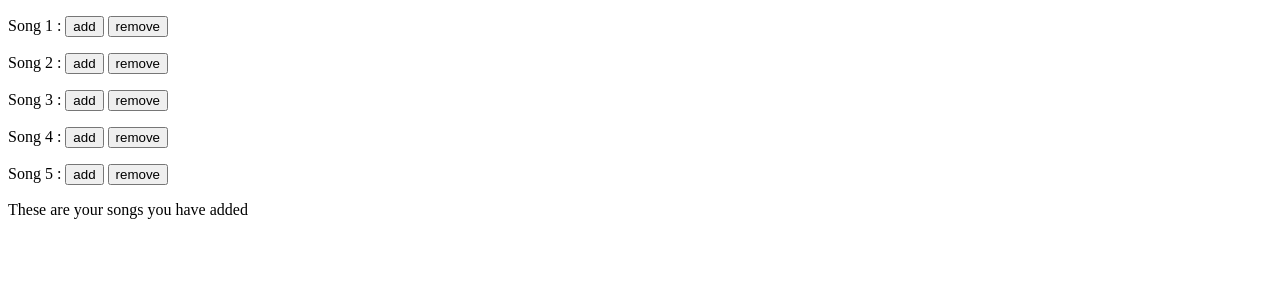
Repository: Kushal18/referesher_assignment1
Page: Html5/WebContent/localStorage.html
These files come from the project's save history. The page is drawn as it stood at one moment and after the next save; the edit follows.
The browser window is 1280 px wide. The pictures show the whole page.

Above is the page before, as saved 2016-09-17 11:08:25.

### Html5/WebContent/localStorage.html
<!DOCTYPE html>
<html>
<title>
My Music Play List
</title>
<body>
<p>Song 1 :  <input type = "button" value="add" onclick="add()" >
<input type = "button" value="remove" onclick="remove()" ></p>
<p>Song 2 :  <input type = "button" value="add" >
<input type = "button" value="remove" ></p>
<p>Song 3 : <input type = "button" value="add" >
<input type = "button" value="remove" ></p>
<p>Song 4 : <input type = "button" value="add" >
<input type = "button" value="remove" ></p>
<p>Song 5 :  <input type = "button" value="add" >
<input type = "button" value="remove" ></p>
<p>These are your songs you have added</p>
<p id = 'demo'></p>
<Script>



</Script>


</body>
</html>

After the next save:
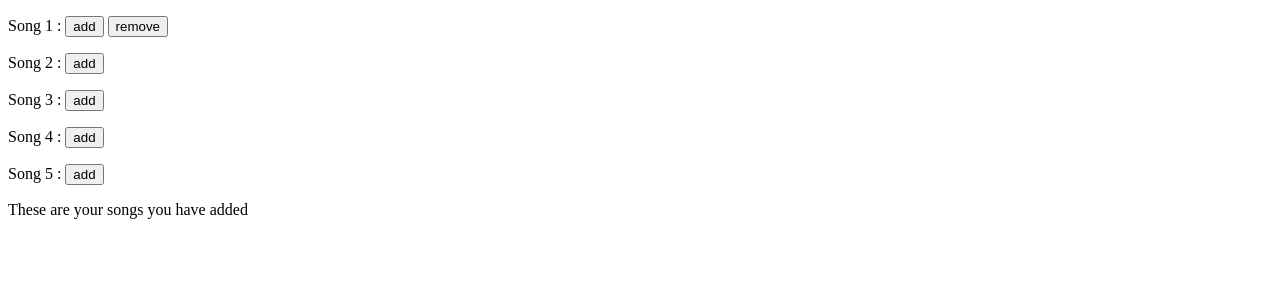
Console error (its wording comes from the project's code and is left out).
Saved 19 s later.
--- a/Html5/WebContent/localStorage.html
+++ b/Html5/WebContent/localStorage.html
@@ -6,13 +6,13 @@
 <body>
 <p>Song 1 :  <input type = "button" value="add" onclick="add()" >
 <input type = "button" value="remove" onclick="remove()" ></p>
-<p>Song 2 :  <input type = "button" value="add" >
+<p>Song 2 :  <input type = "button" value="add" onclick="add()>
 <input type = "button" value="remove" ></p>
-<p>Song 3 : <input type = "button" value="add" >
+<p>Song 3 : <input type = "button" value="add" onclick="add() >
 <input type = "button" value="remove" ></p>
-<p>Song 4 : <input type = "button" value="add" >
+<p>Song 4 : <input type = "button" value="add" onclick="add() >
 <input type = "button" value="remove" ></p>
-<p>Song 5 :  <input type = "button" value="add" >
+<p>Song 5 :  <input type = "button" value="add" onclick="add()>
 <input type = "button" value="remove" ></p>
 <p>These are your songs you have added</p>
 <p id = 'demo'></p>

After the 2 saves that followed:
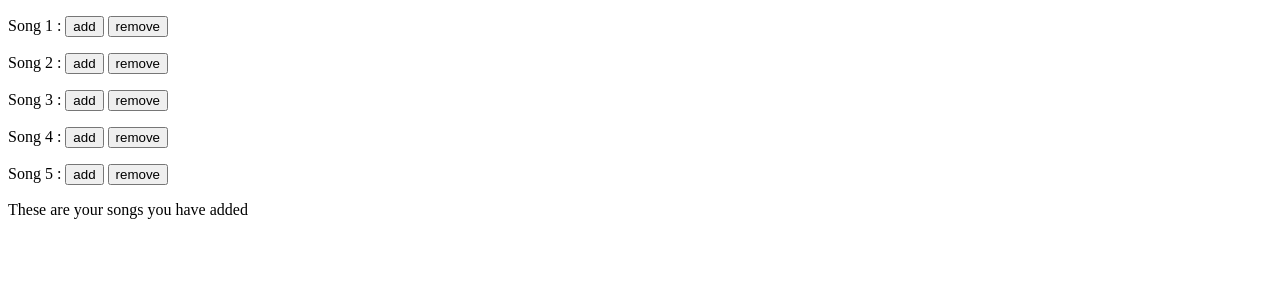
The error is gone.
The 2 saves are shown as one change because 1 left the picture as it was.
The last was saved 74 s later.
--- a/Html5/WebContent/localStorage.html
+++ b/Html5/WebContent/localStorage.html
@@ -6,14 +6,14 @@
 <body>
 <p>Song 1 :  <input type = "button" value="add" onclick="add()" >
 <input type = "button" value="remove" onclick="remove()" ></p>
-<p>Song 2 :  <input type = "button" value="add" onclick="add()>
-<input type = "button" value="remove" ></p>
-<p>Song 3 : <input type = "button" value="add" onclick="add() >
-<input type = "button" value="remove" ></p>
-<p>Song 4 : <input type = "button" value="add" onclick="add() >
-<input type = "button" value="remove" ></p>
-<p>Song 5 :  <input type = "button" value="add" onclick="add()>
-<input type = "button" value="remove" ></p>
+<p>Song 2 :  <input type = "button" value="add" onclick="add()">
+<input type = "button" value="remove" onclick="remove()" ></p>
+<p>Song 3 : <input type = "button" value="add" onclick="add()" >
+<input type = "button" value="remove" onclick="remove()" ></p>
+<p>Song 4 : <input type = "button" value="add" onclick="add()">
+<input type = "button" value="remove" onclick="remove()" ></p>
+<p>Song 5 :  <input type = "button" value="add" onclick="add()">
+<input type = "button" value="remove" onclick="remove()"></p>
 <p>These are your songs you have added</p>
 <p id = 'demo'></p>
 <Script>
